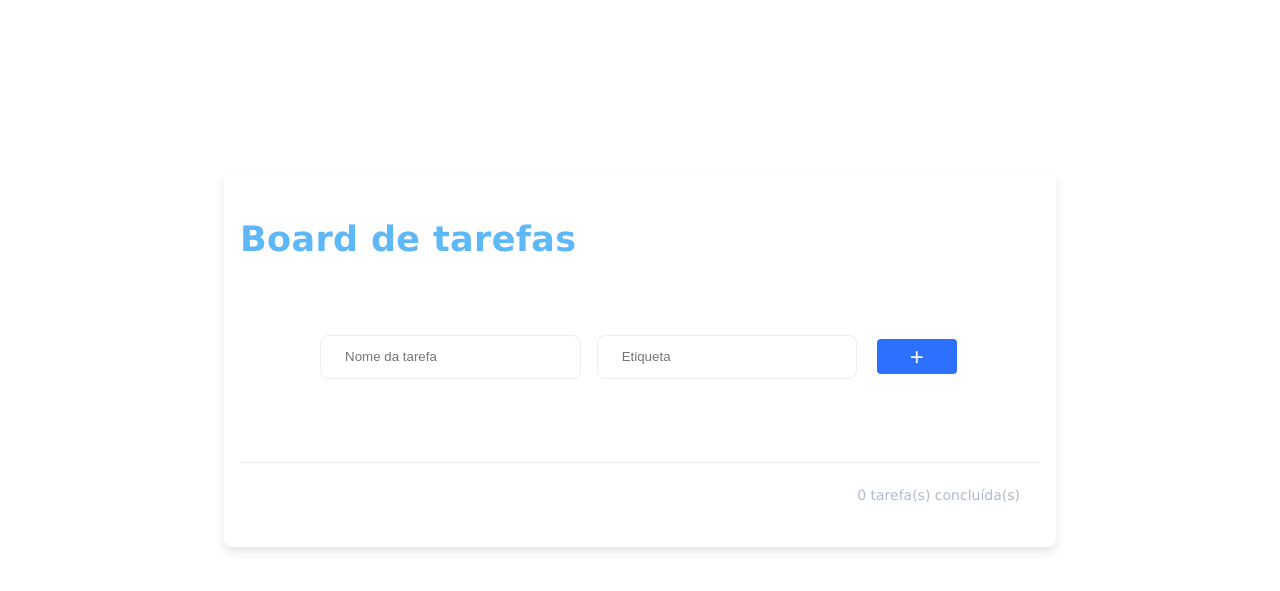
Repository: elasoares/RID187500_Desafio3
Page: index.html
These files come from the project's save history. The page is drawn as it stood at one moment and after the next save; the edit follows.
The browser window is 1280 px wide. The pictures show the whole page.

Above is the page before, as saved 2024-12-03 19:44:32.

After the next save:
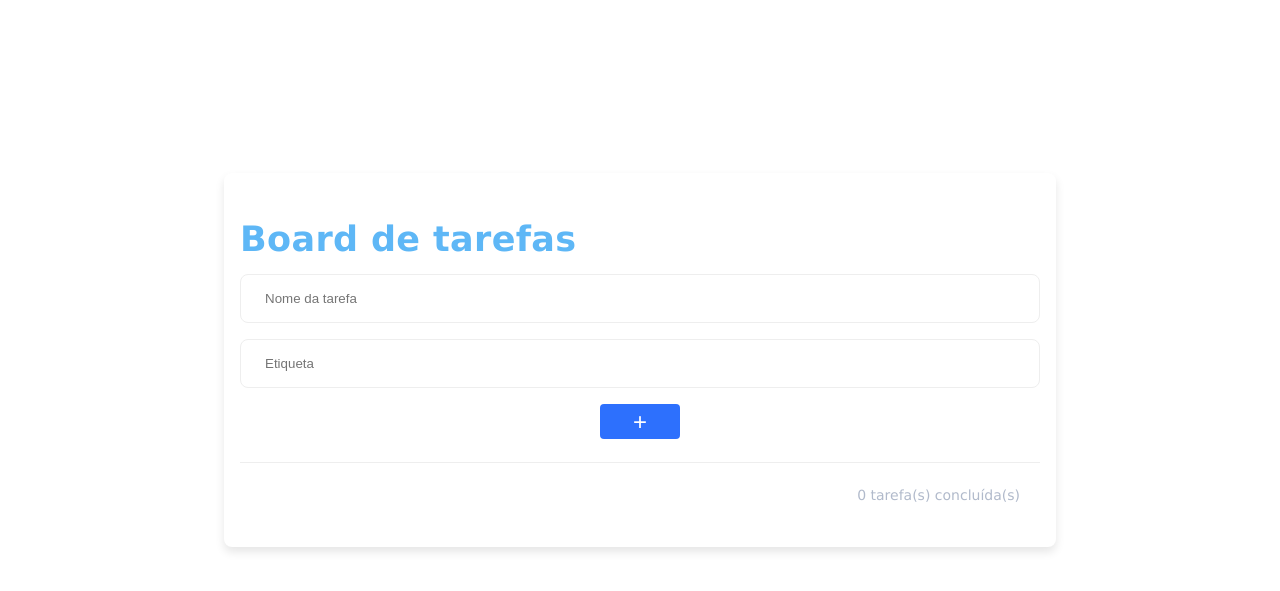
Saved 20 s later.
--- a/style.css
+++ b/style.css
@@ -252,30 +252,6 @@
         max-width: 50rem;
         padding: 2.4rem 1.6rem;
     }
-    #create-todo-section{
-        align-items: center;
-    }
-    #create-todo-form{
-        flex-direction: row;
-        align-items: center;
-        justify-content: space-between;
-        width: 80%;
-    }
-    .container-btn{
-        display: flex;
-        align-items: center;
-        justify-content: center;
-        width: 20%;
-    }
-
-    input{
-        width: 311px;
-        height: 1rem;
-        padding: 16px 24px 16px 24px;
-        gap: 10px;
-        border-radius: 8px;
-        border: 1px solid #EEEEEE
-    }
 
 
     .todo-list-section ul li {

After the save that followed:
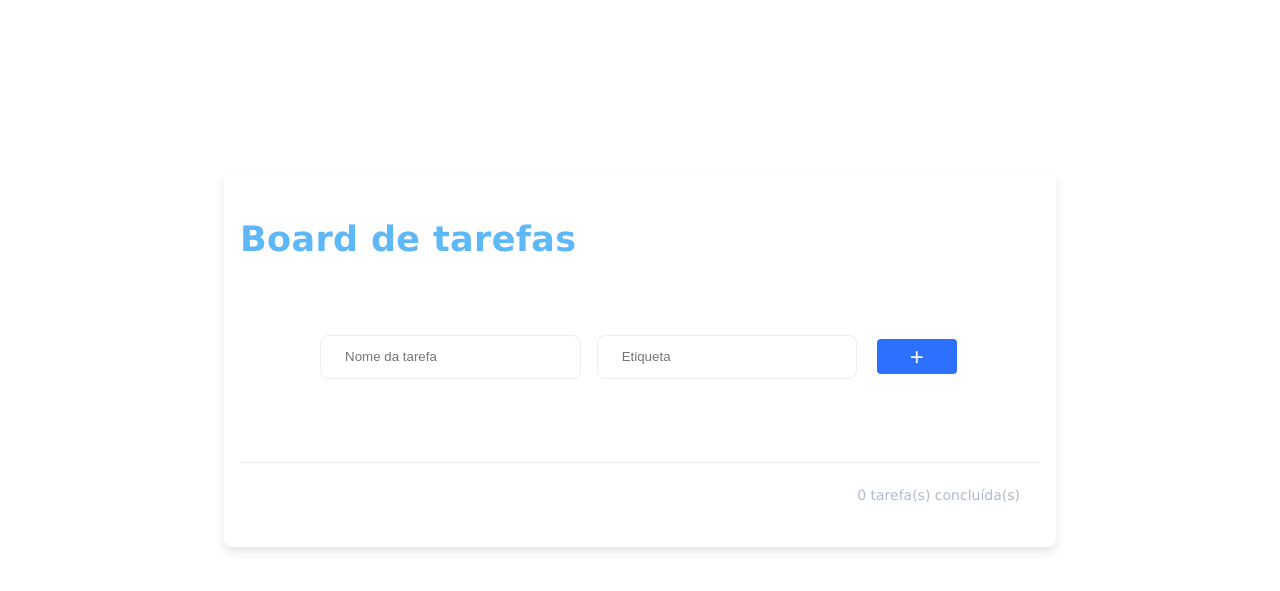
Saved 12 s later.
--- a/style.css
+++ b/style.css
@@ -282,6 +282,31 @@
         color: #5eb7f6;
     }
 
+    #create-todo-section{
+        align-items: center;
+    }
+    #create-todo-form{
+        flex-direction: row;
+        align-items: center;
+        justify-content: space-between;
+        width: 80%;
+    }
+    .container-btn{
+        display: flex;
+        align-items: center;
+        justify-content: center;
+        width: 20%;
+    }
+
+    input{
+        width: 311px;
+        height: 1rem;
+        padding: 16px 24px 16px 24px;
+        gap: 10px;
+        border-radius: 8px;
+        border: 1px solid #EEEEEE
+    }
+
     .remove-done-task-btn {
         font-size: 1.8rem;
         padding: 0 1rem;
